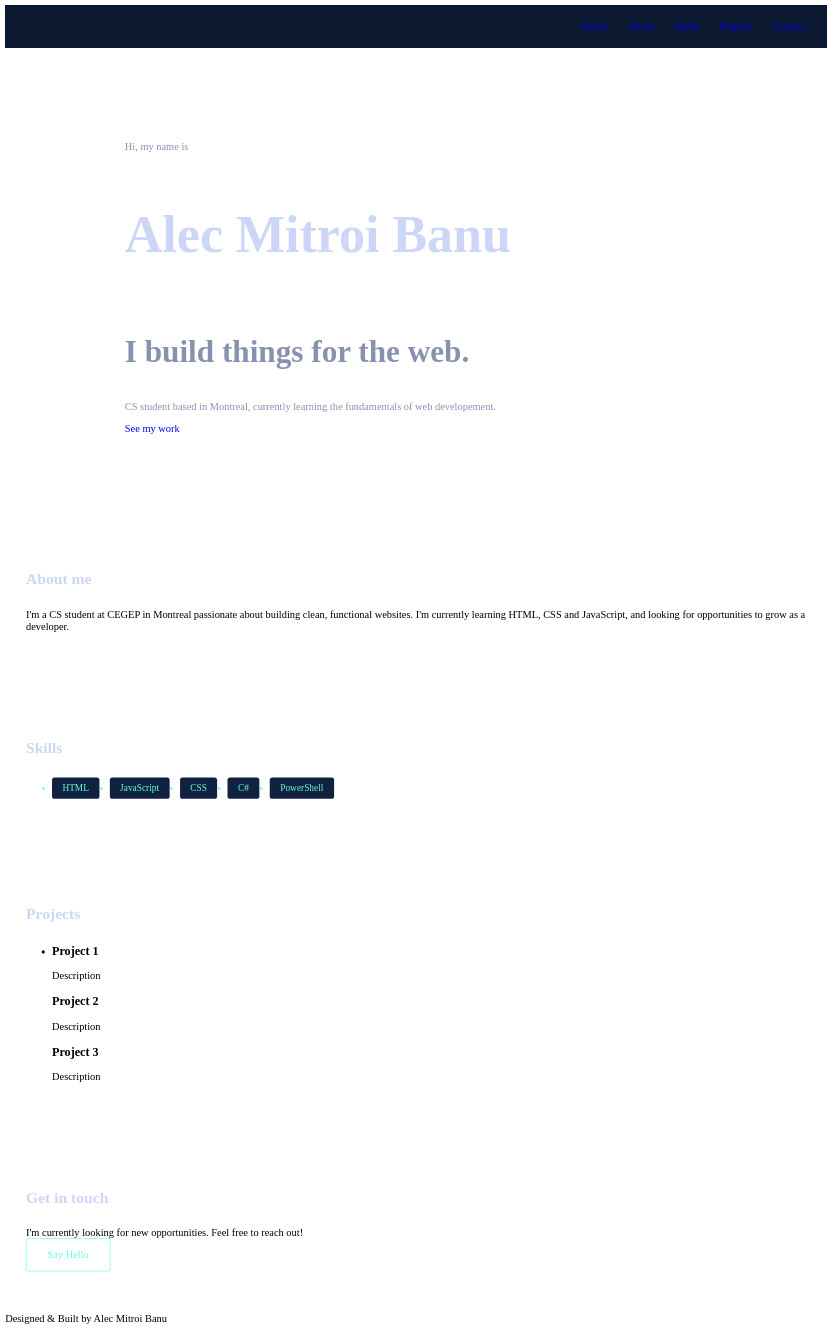
Repository: Alec-Banu/Alec-Banu
Page: index.html
These files come from the project's save history. The page is drawn as it stood at one moment and after the next save; the edit follows.
The browser window is 1280 px wide. The pictures show the whole page, at 65% of full size.

Above is the page before, as saved 2026-05-04 12:51:40.

### index.html
<!doctype html>
<html lang="en">
  <head>
    <meta charset="UTF-8" />
    <meta name="viewport" content="width=device-width, initial-scale=1.0" />
    <title>Alec Mitroi Banu</title>
    <link rel="stylesheet" href="./styles/globals.css" />
    <link rel="stylesheet" href="./styles/index.css" />
  </head>
  <body>
    <!-- Nav  -->
    <header>
      <nav>
        <a href="#hero">Home</a>
        <a href="#about">About</a>
        <a href="#skills">Skills</a>
        <a href="#projects">Projects</a>
        <a href="#contact">Contact</a>
      </nav>
    </header>

    <!-- Hero  -->

    <main>
      <section id="hero">
        <p>Hi, my name is</p>
        <h1>Alec Mitroi Banu</h1>
        <h2>I build things for the web.</h2>
        <p>
          CS student based in Montreal, currently learning the fundamentals of
          web developement.
        </p>
        <a href="#projects">See my work</a>
      </section>

      <!-- About  -->
      <section id="about">
        <h2>About me</h2>
        <p>
          I'm a CS student at CEGEP in Montreal passionate about building clean,
          functional websites. I'm currently learning HTML, CSS and JavaScript,
          and looking for opportunities to grow as a developer.
        </p>
      </section>

      <!-- Skills  -->
      <section id="skills">
        <h2>Skills</h2>
        <ul>
          <li>HTML</li>
          <li>JavaScript</li>
          <li>CSS</li>
          <li>C#</li>
          <li>PowerShell</li>
        </ul>
      </section>

      <!-- Projects -->
      <section id="projects">
        <h2>Projects</h2>
        <ul class="cards">
          <li>
            <article class="project-card">
              <h3>Project 1</h3>
              <p>Description</p>
              <h3>Project 2</h3>
              <p>Description</p>
              <h3>Project 3</h3>
              <p>Description</p>
            </article>
          </li>
        </ul>
      </section>

      <!-- Contact -->
      <section id="contact">
        <h2>Get in touch</h2>
        <p>
          I'm currently looking for new opportunities. Feel free to reach out!
        </p>
        <a href="mailto:alecbanu@yahoo.com">Say Hello</a>
      </section>
    </main>
    <footer>
      <p>Designed & Built by Alec Mitroi Banu</p>
    </footer>
  </body>
</html>

### styles/index.css
a{
    text-decoration: none;
}

nav {
  display: flex;
  gap: 2rem;
  padding: 1.5rem 2rem;
  justify-content: flex-end;
  position: sticky;
  top: 0;
  background-color: #0a192f;
}

#hero {
  min-height: 100vh;
  display: flex;
  flex-direction: column;
  justify-content: center;
  padding: 0 2rem;
  max-width: 56rem;
  margin: 0 auto;

  h1 {
    font-size: 2rem;
    color: #ccd6f6;
  }
  h2 {
    font-size: 1.5rem;
    color: #8892b0;
  }
  p {
    color: #8892b0;
    margin: 1rem 0;
  }
}

section {
  padding: 4rem 2rem;

  h2 {
    font-size: 1.5rem;
    margin-bottom: 2rem;
    color: #ccd6f6;
  }
}

#skills {
  ul {
    display: flex;
    flex-wrap: wrap;
    gap: 1rem;
  }
  li {
    background-color: #112240;
    color: #64ffda;
    padding: 0.5rem 1rem;
    border-radius: 0.25rem;
    font-size: 0.9rem;
  }
}

#projects {
}

#contact {
  a {
    border: 0.1rem solid #64ffda;
    color: #64ffda;
    padding: 1rem 2rem;
    border-radius: 0.25rem;
  }
  a:hover {
    background-color: #64ffda1a;
    text-decoration: none;
  }
}

/* Tablet */

@media (min-width: 768px) {
  #hero h1 {
    font-size: 3.5rem;
  }
  #hero h2 {
    font-size: 2.5rem;
  }
}

/* Desktop */

@media (min-width: 1024px) {
  #hero h1 {
    font-size: 5rem;
  }
  #hero h2 {
    font-size: 3rem;
  }
}

Loaded but not shown: styles/globals.css (no stored copy; drawn as an empty file)

After the next save:
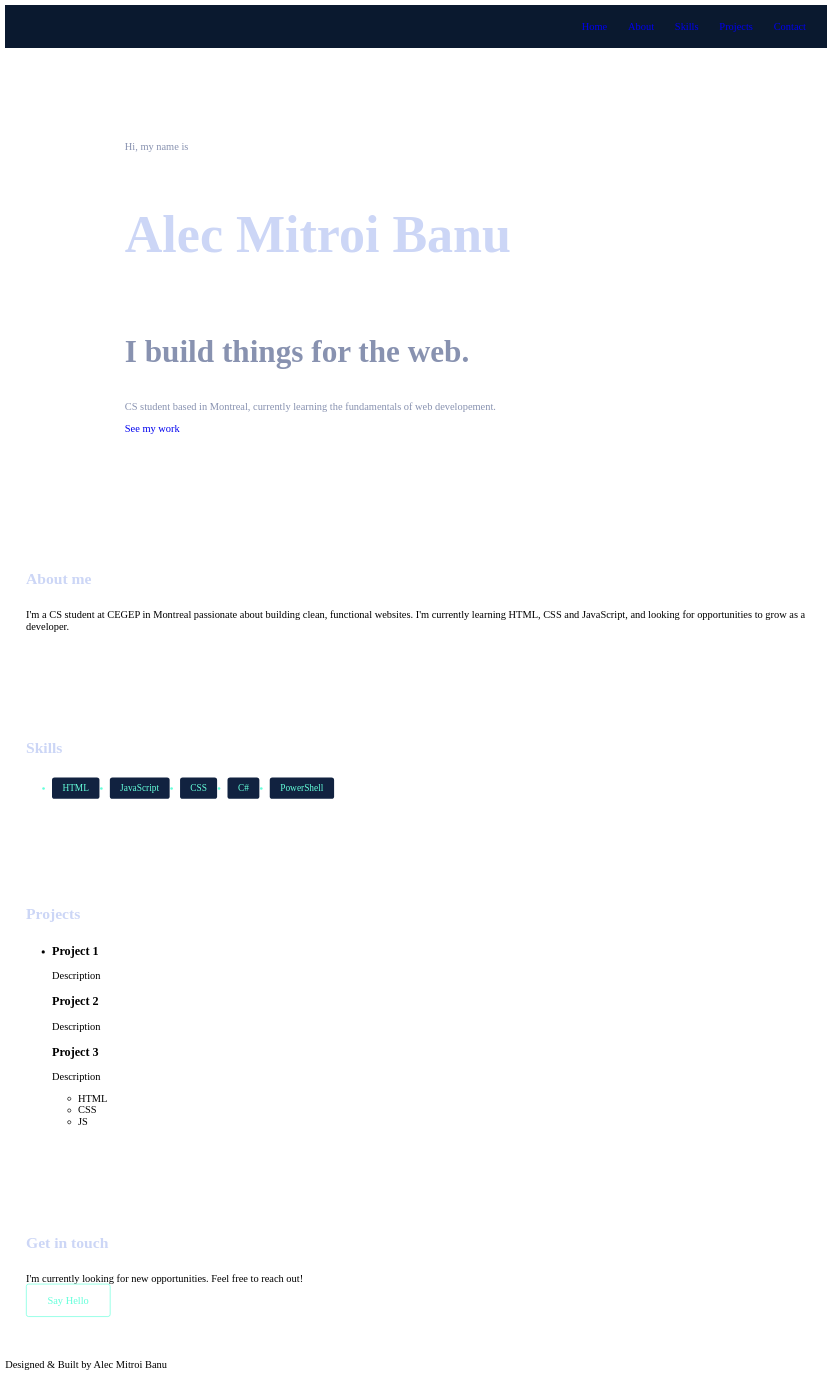
Saved 82 s later.
--- a/index.html
+++ b/index.html
@@ -67,6 +67,11 @@
               <p>Description</p>
               <h3>Project 3</h3>
               <p>Description</p>
+              <ul class="tech-stack">
+                <li>HTML</li>
+                <li>CSS</li>
+                <li>JS</li>
+              </ul>
             </article>
           </li>
         </ul>

After the save that followed:
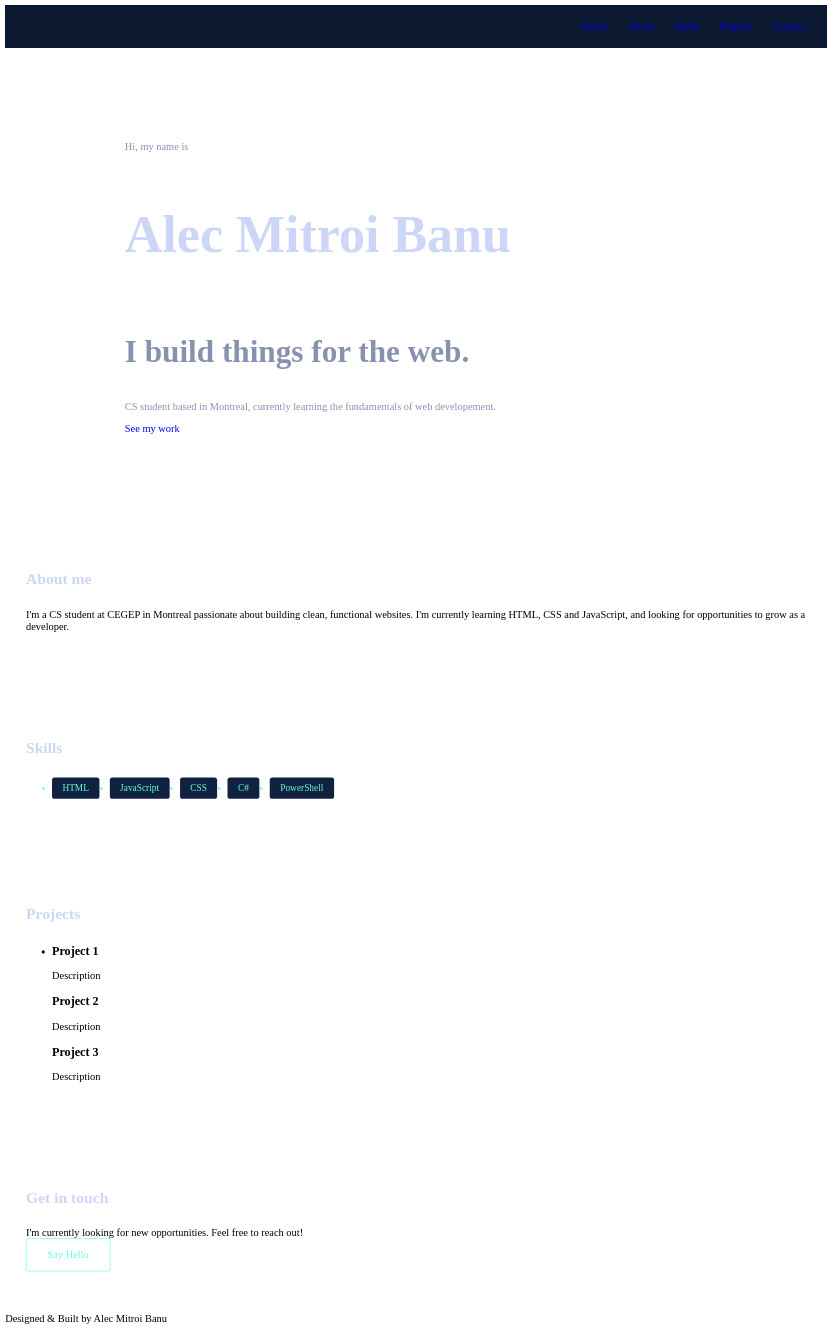
Saved 87 s later.
--- a/index.html
+++ b/index.html
@@ -67,11 +67,6 @@
               <p>Description</p>
               <h3>Project 3</h3>
               <p>Description</p>
-              <ul class="tech-stack">
-                <li>HTML</li>
-                <li>CSS</li>
-                <li>JS</li>
-              </ul>
             </article>
           </li>
         </ul>
